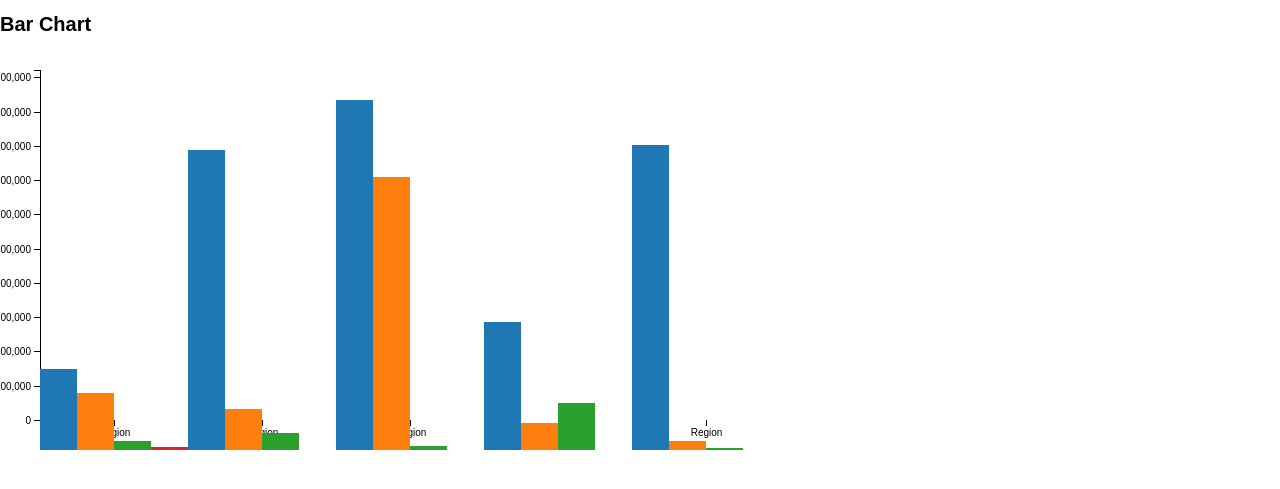
Repository: komalharjani/d3js-visualisation
Page: index.html
The author's editor kept a copy of each file at every save. The page is drawn from the files as they stood at one save, then again after the next save.
The browser window is 1280 px wide. The pictures show the whole page.

Above is the page before, as saved 2020-05-01 18:03:41.

### index.html
<!DOCTYPE html>
<html lang="en">
<head>
    <meta charset="UTF-8">
    <meta name="viewport" content="width=device-width, initial-scale=1.0">
    <title>Information Visualisation Practical 3</title>
    <link rel = "stylesheet" href = "index.css" />
</head>
<body>
    <div id="barChart"></div>
    <h1>Bar Chart</h1>

</body>
<script src="https://d3js.org/d3.v5.min.js"></script>
<script src="tryURL.js"></script>
</html>

### index.css
body {
    margin: 0;
    position: fixed;
    top: 0;
    right: 0;
    left: 0;
}

.svg {
    width: 100%;
    height: 50%;
    background-color: aquamarine;
}

.bar {
    background-color: aquamarine;
}

body {
    font: 10px sans-serif;
  }

  .axis path,
  .axis line {
    fill: none;
    stroke: #000;
    shape-rendering: crispEdges;
  }

  .x.axis path {
    display: none;
  }

### tryURL.js

//INSERT DATA HERE
let dataPath = "data/energy.csv";
d3.csv(dataPath)
    .then(function (data) {

        //Nest Data into desired Format --> YEAR --> Region --> EnergySrc, Averages for Each EnergySrc
        var nestedData = d3.nest()
            .key(function (d) {
                return d.year;
            })
            .key(function (d) {
                if (d.region != "combined" && d.type == "Total Electric Power Industry") {
                    return d.region;
                }
            })
            .key(function (d) {
                if (d.energySrc == "Coal" || d.energySrc == "Petroleum" || d.energySrc == "Natural Gas" || d.energySrc == "Solar Thermal and Photovoltaic") {
                    return d.energySrc;
                }
            })
            //Form Averages for Each Year
            .rollup(function (v) {
                return {
                    avg: d3.mean(v, function (d) {
                        return parseInt(d.amount);
                    })
                };
            })
            .entries(data);

        //Filter Data so that
        let filteredData = [];
        let getNestedData = nestedData.forEach(function (d) { //d = year
            if (d.key == 1990) { //IF WANT ALL DATA FOR ALL YEARS REMOVE THIS
                (d.values).forEach(function (e) { //e = region
                    (e.values).forEach(function (f) { //f = energySrc
                        if (e.key !== "undefined" && f.key !== "undefined") {
                            filteredData.push({
                                region: e.key,
                                year: d.key,
                                energy: f.key,
                                avg: f.value.avg,
                            })
                        }
                    })
                })
            }
        });

        //Group Items into a Map
        function groupBy(list, keyGetter) {
            const map = new Map();
            list.forEach((item) => {
                const key = keyGetter(item);
                const collection = map.get(key);
                if (!collection) {
                    map.set(key, [item]);
                } else {
                    collection.push(item);
                }
            });
            return map;
        }

        //Convert Map to Array
        const groupedByRegion = groupBy(filteredData, i => i.region);
        let mapToArray = Array.from(groupedByRegion.values());

        //Nest array by Region
        let finalData = [];
        for (let i = 0; i < mapToArray.length; i++) {
            if (mapToArray[i][0].region == "west") {
                finalData.push({
                    region: mapToArray[i][0].region,
                    values: mapToArray[i]
                })
            }
            else if (mapToArray[i][0].region == "southeast") {
                finalData.push({
                    region: mapToArray[i][0].region,
                    values: mapToArray[i]
                })
            }
            else if (mapToArray[i][0].region == "southwest") {
                finalData.push({
                    region: mapToArray[i][0].region,
                    values: mapToArray[i]
                })
            }
            else if (mapToArray[i][0].region == "northeast") {
                finalData.push({
                    region: mapToArray[i][0].region,
                    values: mapToArray[i]
                })
            }
            else if (mapToArray[i][0].region == "midwest") {
                finalData.push({
                    region: mapToArray[i][0].region,
                    values: mapToArray[i]
                })
            }
        }
        console.log(finalData);

        let currData = d3.nest()
            .key(function (d) {
                return d.region;
            })
            .entries(filteredData);
        console.log(currData);


        var margin = { top: 20, right: 20, bottom: 30, left: 40 },
            width = 800 - margin.left - margin.right,
            height = 400 - margin.top - margin.bottom;


        var x0 = d3.scaleBand().rangeRound([0, width], .5);
        var x1 = d3.scaleBand();
        var y = d3.scaleLinear().rangeRound([height, 0]);

        var xAxis = d3.axisBottom().scale(x0)
            .tickFormat("Region")
            .tickValues(currData.map(d => d.key));

        var yAxis = d3.axisLeft().scale(y);

        const color = d3.scaleOrdinal(d3.schemeCategory10);

        var svg = d3.select('body').append("svg")
            .attr("width", width + margin.left + margin.right)
            .attr("height", height + margin.top + margin.bottom)
            .append("g")
            .attr("transform", "translate(" + margin.left + "," + margin.top + ")");

    var categoriesNames = currData.map(function(d) { return d.key; });
    var rateNames       = currData[0].values.map(function(d) { return d.energy; });

    x0.domain(categoriesNames);
    x1.domain(rateNames).rangeRound([0, x0.bandwidth()]);
    y.domain([0, d3.max(currData, function(key) { return d3.max(key.values, function(d) { return d.avg; }); })]);

    console.log(y.domain());

    svg.append("g")
      .attr("class", "x axis")
      .attr("transform", "translate(0," + height + ")")
      .call(xAxis);

      svg.append("g")
      .attr("class", "y axis")
      .style('opacity','0')
      .call(yAxis)
        .append("text")
            .attr("transform", "rotate(-90)")
            .attr("y", 6)
            .attr("dy", ".71em")
            .style("text-anchor", "end")
            .style('font-weight','bold')
            .text("Value");

    svg.select('.y').transition().duration(500).delay(1300).style('opacity','1');


    var slice = svg.selectAll(".slice")
      .data(currData)
      .enter().append("g")
      .attr("class", "g")
      .attr("transform",function(d) { return "translate(" + x0(d.key) + ",30)"; });

      slice.selectAll("rect")
      .data(function(d) { return d.values; })
        .enter().append("rect")
            .attr("width", x1.bandwidth())
            .attr("x", function(d) { return x1(d.energy); })
             .style("fill", function(d) { return color(d.energy) })
             .attr("y", function(d) { return y(0); })
             .attr("height", function(d) { return height - y(0); })
            .on("mouseover", function(d) {
                d3.select(this).style("fill", d3.rgb(color(d.energy)).darker(2));
            })
            .on("mouseout", function(d) {
                d3.select(this).style("fill", color(d.energy));
            });

            slice.selectAll("rect")
            .transition()
            .delay(function (d) {return Math.random()*1000;})
            .duration(1000)
            .attr("y", function(d) { return y(d.avg); })
            .attr("height", function(d) { return height - y(d.avg); });


            var legend = svg.selectAll(".legend")
      .data(currData[0].values.map(function(d) { return d.energy; }).reverse())
  .enter().append("g")
      .attr("class", "legend")
      .attr("transform", function(d,i) { return "translate(0," + i * 20 + ")"; })
      .style("opacity","0");


  legend.append("rect")
  .attr("x", width - 18)
  .attr("width", 18)
  .attr("height", 18)
  .style("fill", function(d) { return color(d); });

    });

After the next save:
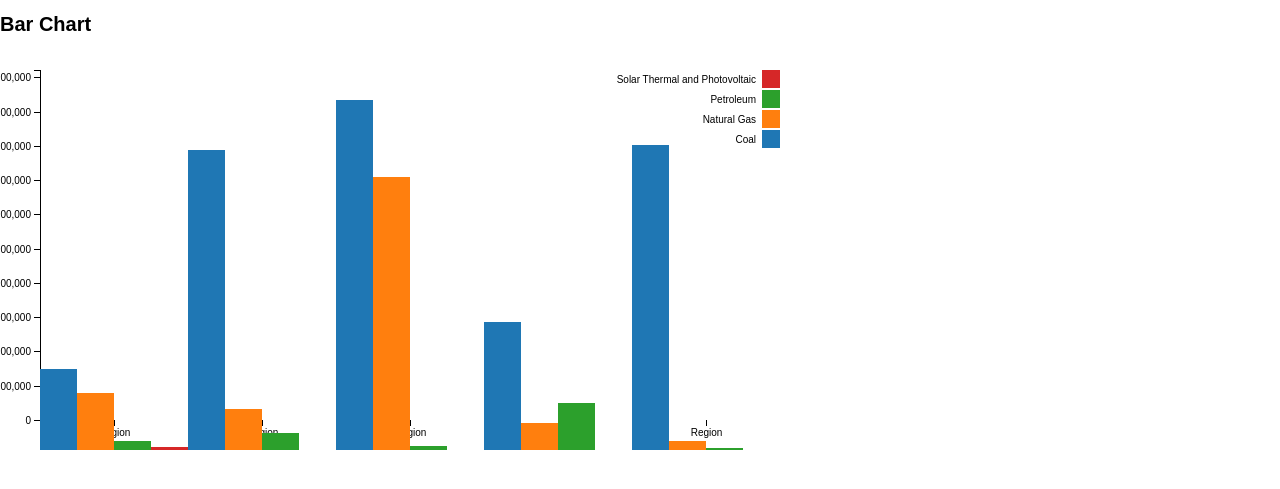
Saved 12 s later.
--- a/tryURL.js
+++ b/tryURL.js
@@ -206,4 +206,14 @@ d3.csv(dataPath)
   .attr("height", 18)
   .style("fill", function(d) { return color(d); });
 
+  legend.append("text")
+      .attr("x", width - 24)
+      .attr("y", 9)
+      .attr("dy", ".35em")
+      .style("text-anchor", "end")
+      .text(function(d) {return d; });
+
+  legend.transition().duration(500).delay(function(d,i){ return 1300 + 100 * i; }).style("opacity","1");
+
+
     });
